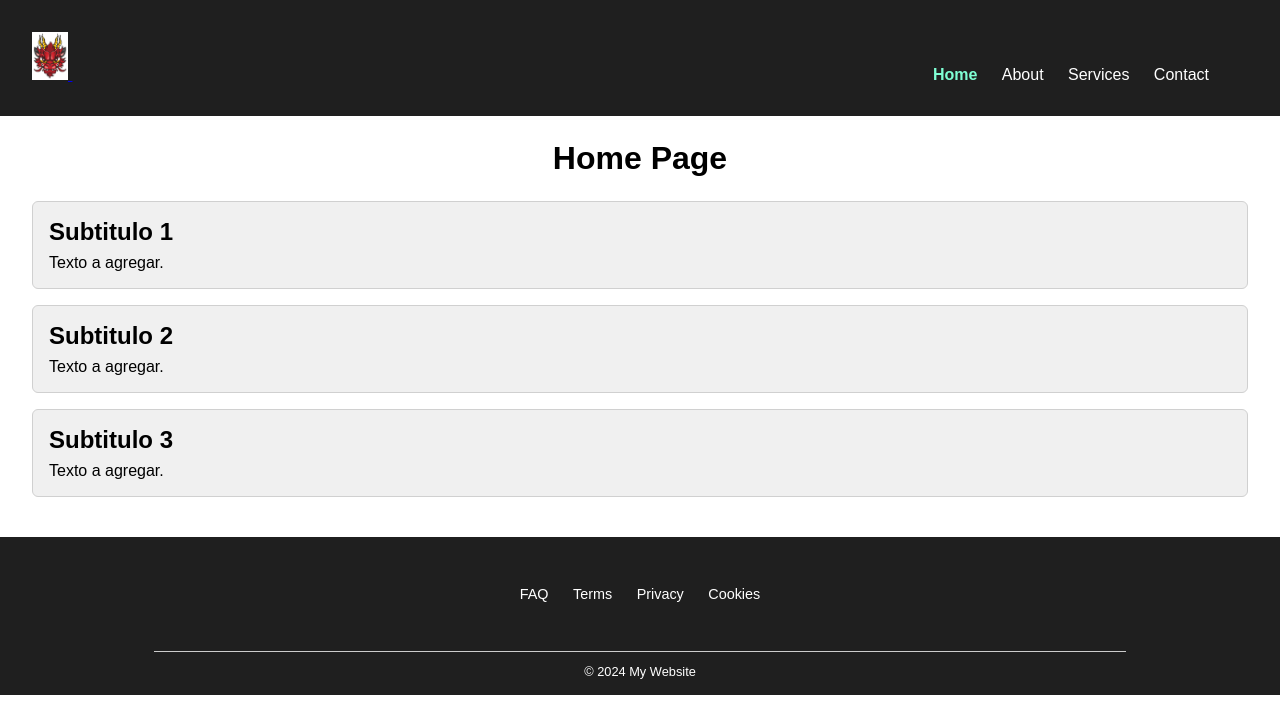
Repository: andreamm-lab/basic-navigation-example-2025-10
Page: index.html
The author's editor kept a copy of each file at every save. The page is drawn from the files as they stood at one save, then again after the next save.
The browser window is 1280 px wide. The pictures show the whole page.

Above is the page before, as saved 2025-11-06 15:30:55.

### index.html
<!DOCTYPE html>
<html lang="en">
<head>
    <meta charset="UTF-8">
    <meta name="viewport" content="width=device-width, initial-scale=1.0">
    <title>Basic Nav Example</title>
    <link rel="stylesheet" href="./main.css">
</head>
<body>
    <header>
        <!--Primary navigation-->
        <nav aria-label="Primary navigation">
            <a href="index.html">
                <img src="images/dragon.png" alt="Dragon logo">
            </a>
            <span class="spacer"></span>
            <ul>
                <li><a href="index.html" class="current">Home</a></li>
                <li><a href="pages/about.html">About</a></li>
                <li><a href="pages/services.html">Services</a></li>
                <li><a href="pages/contact.html">Contact</a></li>
            </ul>
        </nav>
    </header>

    <main class="home-main">
        <h1 id="page-title">Home Page</h1>

        <div class="card-grid">
            <article class="card">
                <h2>Subtitulo 1</h2>
                <p>Texto a agregar.</p>
            </article>
            <article class="card">
                <h2>Subtitulo 2</h2>
                <p>Texto a agregar.</p>
            </article>
            <article class="card">
                <h2>Subtitulo 3</h2>
                <p>Texto a agregar.</p>
            </article>
        </div>
    </main>

    <!--Footer navigation-->
    <footer id="main-footer">
        <nav aria-label="Footer navigation">
            <ul>
                <li><a href="#">FAQ</a></li>
                <li><a href="#">Terms</a></li>
                <li><a href="#">Privacy</a></li>
                <li><a href="#">Cookies</a></li>
            </ul>
        </nav>
        <hr class="footer-line">
        <p>© 2024 My Website</p>
    </footer>
</body>
</html>

### main.css
* {
    box-sizing: border-box;
    margin: 0;
    padding: 0;
}

body {
    font-family: Arial, Helvetica, sans-serif;
    background-color: #ffffff;
    color: #000;
}

/* header / nav principal */
nav {
    padding: 32px 32px;
    min-height: 80px;
    background-color: #1F1F1F;
}

nav img {
    max-height: 48px;
    background-color: white;
}

.spacer {
    display: inline-block;
    width: calc(100% - 40px - 320px);
}

nav ul {
    list-style: none;
    display: inline-block;
    vertical-align: bottom;
}

nav ul li {
    display: inline-block;
    margin-right: 20px;
}

nav ul li:last-child {
    margin-right: 0;
}

nav ul li a {
    text-decoration: none;
}

nav ul li a:link,
nav ul li a:visited {
    color: white;
}

nav ul li a.current {
    color: aquamarine;
    font-weight: bold;
}

nav ul li a:hover {
    color: rgb(92, 229, 0);
}

main {
    display: block;
    padding: 24px 32px;
    min-height: 400px;
}

.home-main h1 {
    text-align: center;
    margin-bottom: 24px;
}

/* text cards */
.card-grid {
    display: block; /* vertical align */
}

.card {
    background-color: #f0f0f0;
    border: 1px solid #d0d0d0;
    border-radius: 6px;
    padding: 16px;
    margin-bottom: 16px;
}

.card h2 {
    margin-bottom: 8px;
}

/* Side menu on Services */
.page {
    display: block;
}

.main-content {
    display: inline-block;
    width: 69%;
    vertical-align: top;
}

.side-nav {
    display: inline-block;
    width: 28%;
    background-color: #2a2a2a;
    color: #fff;
    margin-left: 1%;
    padding: 16px;
    min-height: 320px;
    border: 1px solid #000;
}

.side-nav h2 {
    margin-bottom: 12px;
}

.side-nav ul {
    list-style: none;
}

.side-nav ul li {
    margin-bottom: 8px;
    display: block;
}

.side-nav ul li a {
    color: #4bb4ff;
    text-decoration: none;
}

.side-nav ul li a:hover {
    text-decoration: underline;
}

/* footer */
#main-footer {
    background-color: #1F1F1F;
    color: white;
    text-align: center;
    padding: 16px 32px;
}

#main-footer nav ul {
    display: inline-block;
    list-style: none;
    margin-bottom: 12px;
}

#main-footer nav ul li {
    display: inline-block;
    margin: 0 10px;
}

#main-footer nav ul li a {
    color: white;
    text-decoration: none;
    font-size: 0.9rem;
}

#main-footer p {
    font-size: 0.8rem;
}

#page-title {
    font-size: 2rem;
}

.footer-line {
  border: none;
  border-top: 1px solid #ccc;
  margin: 4px auto 12px;
  width: 80%;
}

After the next save:
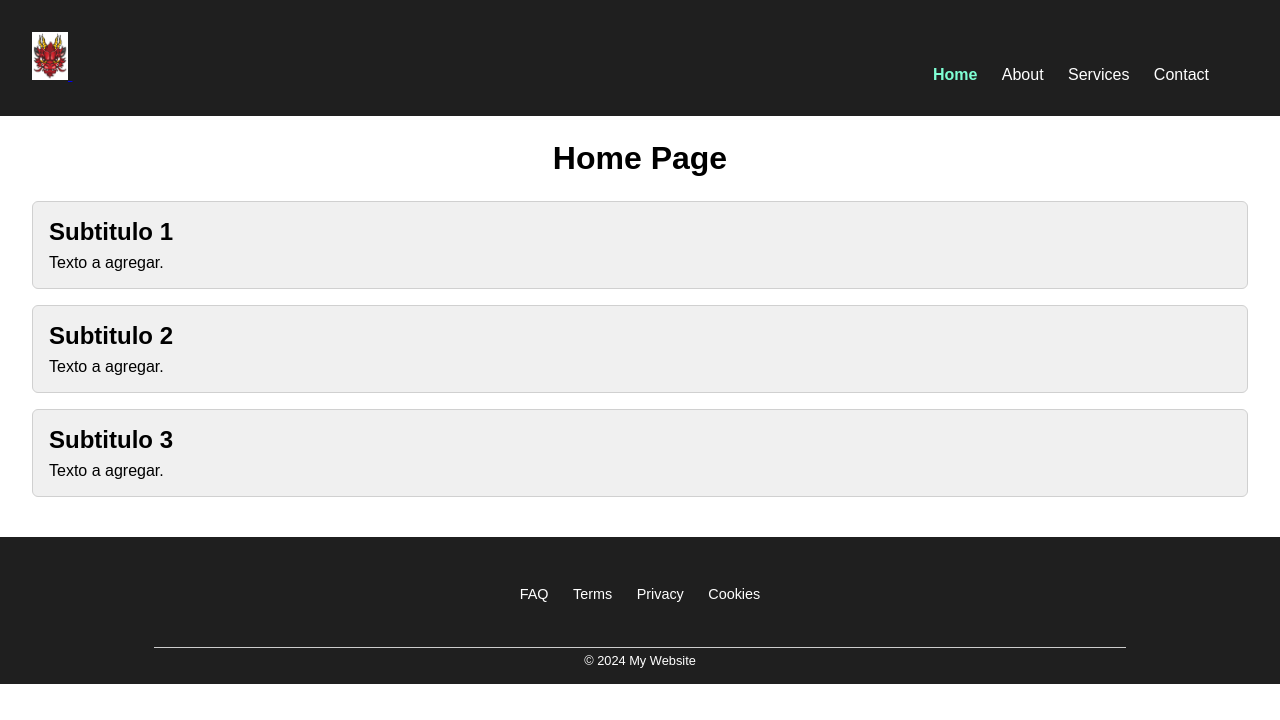
Saved 60 s later.
--- a/main.css
+++ b/main.css
@@ -168,6 +168,6 @@
 .footer-line {
   border: none;
   border-top: 1px solid #ccc;
-  margin: 4px auto 12px;
+  margin: 0px auto 5px;
   width: 80%;
 }

After the save that followed:
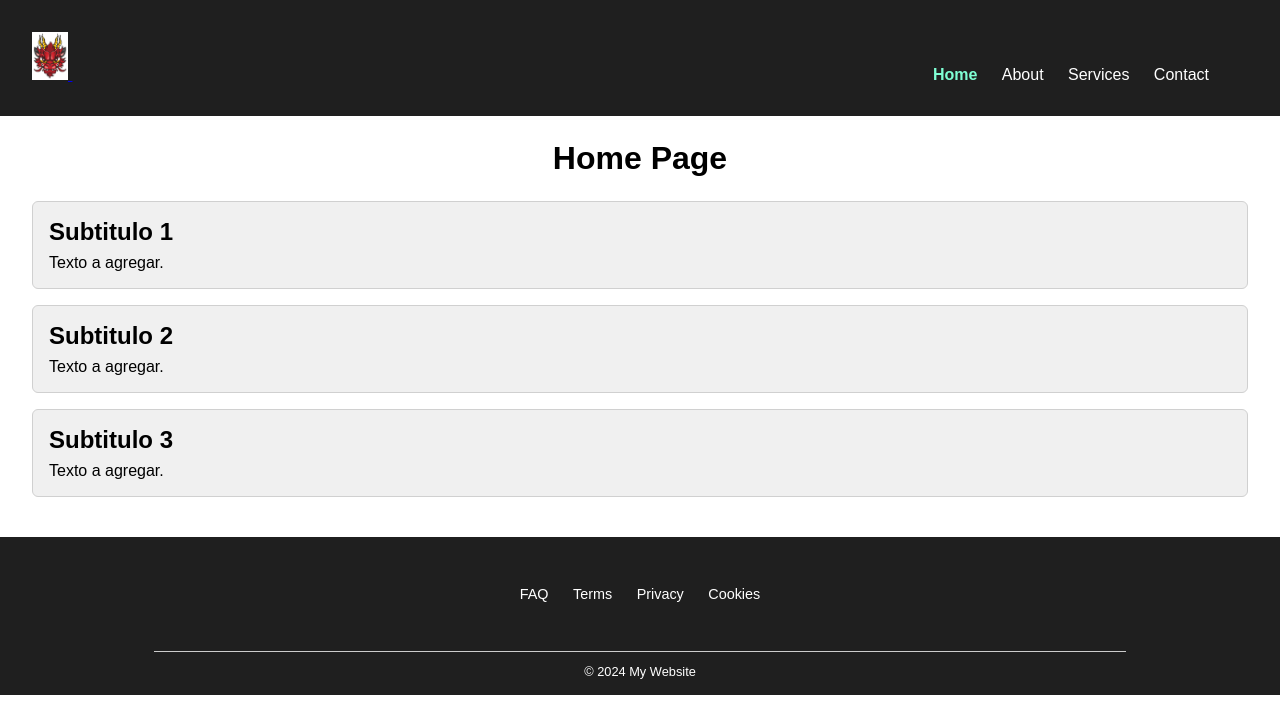
Saved 12 s later.
--- a/main.css
+++ b/main.css
@@ -168,6 +168,6 @@
 .footer-line {
   border: none;
   border-top: 1px solid #ccc;
-  margin: 0px auto 5px;
+  margin: 4px auto 12px;
   width: 80%;
 }
